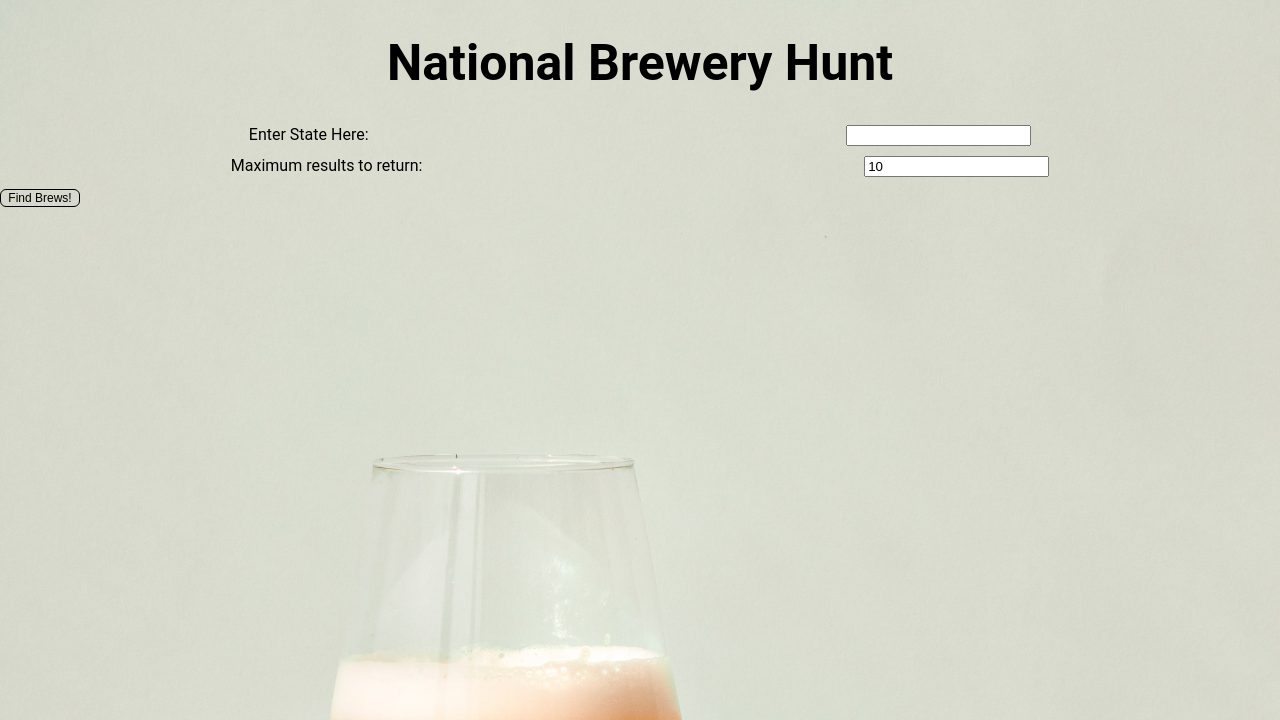
Repository: kaitlynMidori/searchBrews
Page: index.html
The author's editor kept a copy of each file at every save. The page is drawn from the files as they stood at one save, then again after the next save.
The browser window is 1280 px wide. The pictures show the whole page.

Above is the page before, as saved 2021-01-08 14:07:47.

### index.html
<!DOCTYPE html>
<html lang="en">

<head>
    <meta charset="UTF-8" />
    <meta name="viewport" content="width=device-width, initial-scale=1.0" />
    <meta http-equiv="X-UA-Compatible" content="ie=edge" />
    <title>National Brewery Hunt</title>
    <link rel="stylesheet" href="style.css" />
</head>

<body>
    <div id="container">
        <h1>National Brewery Hunt</h1>

        <form id="search-form">
            <p>
                <label for="by_state">Enter State Here:</label>
                    <input type="text" name="by_state" id="by_state" required />
            </p>

            <p>
                <label for="max-results">Maximum results to return: </label>
                    <input type="number" name="max-results" id="max-results" value="10" />
            </p>

                <input type="submit" value="Find Brews!" class="submit" />
        </form>

        <p id="error-message"></p>
        <section id="results" class="hidden">
            <h2>Search results</h2>
            <ol id="results-list"></ol>
        </section>
    </div>
    <script src="https://code.jquery.com/jquery-3.3.1.js" integrity="sha256-2Kok7MbOyxpgUVvAk/HJ2jigOSYS2auK4Pfzbm7uH60=" crossorigin="anonymous"></script>
    <script src="app.js"></script>
</body>

</html>
<!-- This app doesn't follow a11y best practices, and the JS file is incomplete. Complete the getBreweries, displayResults, and watchSubmit functions. When you're done, this app should allow a user to search for a state, and display a list of breweries in that state. The list should include the brewery's name and a link to their website. You should make requests to this API: https://www.openbrewerydb.org/ . Make any necessary adjustments to make this app accessible. -->

### style.css

body {
    font-family: "Roboto", sans-serif;
    color: black;
    margin: 0;
    background: cover;
    background-image: url("screenshots/beer.jpg");
    background-repeat: repeat;
    background-size: cover;
    background-color: black;
}

.results-amount {
    border: 1px solid black;
    font-size: 12px;
    text-align: center;
}

.submit {
    border: 1px solid black;
}

.hidden {
    display: none;
}

h1  {
    text-align: center;
    font-size: 50px;
}

legend {
    text-align: center;
}

p {
    margin: 10px;
    display: flex;
    width: auto;
    justify-content: left;
}

label {
    justify-content: center;
    margin-left: auto;
    margin-right: auto;
}

input {
    justify-content: center;
    margin-left: auto;
    margin-right: auto;
}

.results-amount {
    margin: auto;
    width: 50px;
    height: 25px;
    padding: 0px;
    text-align: center;
    margin-bottom: 10px;
    margin-top: 10px;
    border-radius: 6px;
}

.submit {
    background-color: transparent;
    width: 80px;
    height: 18px;
    margin: auto;
    border-radius: 6px;
    padding: 1px;
    font-size: 12px;
}



.submit:hover {
    cursor: pointer;
}

.results-amount:hover {
    cursor: text;
}


/*Results Styling*/

.results-display-container {
    margin: auto;
}

.single-result {
    border: 1px solid rgb(177, 175, 175);
    margin: auto;
    border-radius: 8px;
    box-shadow: -1px 2px rgb(209, 209, 209);
    padding: 15px;
    width: 1000px;
    margin-bottom: 15px;
}

### app.js
"use strict";

const searchURL = ("https://api.openbrewerydb.org/breweries");

 //format query params
function formatQueryParams(params) {
    //return object array with params
   const queryItems = Object.keys(params)
   //produce object map param string key
     .map(key => `${key}=${params[key]}`)
     //return array as string
   return queryItems.join('&');
 }

function displayResults(responseJson, maxResults) {

    // if there are previous results, remove them
    console.log(responseJson);
    $("#results-list").empty();

    // iterate through the data array
    // list brewery name, city, url
    for (let i = 0; i < responseJson.length; i++) {
    $("#results-list").append(`<li class="each-product-result">

    <h3 class="product-name">${responseJson[i].name}</h3>
    <p class="product-price">${responseJson[i].city}</p>
    <p>Brewery page: <a href=${responseJson[i].website_url}>${responseJson[i].website_url}</a></p><br>
    <br>
    </li>`
      )
  };
    //display the results section
    $("#results").removeClass("hidden");
}

//getBreweries function
function getBreweries(query, maxResults) {
    //set API paramaters
    const params = {
        by_state: query,
        per_page: maxResults,
    };
    //declare queryString as formatQueryParams
    const queryString = formatQueryParams(params);
    //declare url to bind user input string to searchUrl
    const url = searchURL + "?" + queryString;
    console.log(url);
    //initiate fetch request using pure promise to get JSON object
    fetch(url)
    //check for resolved promise
        .then((response) => {
            // if response = true
            if (response.ok) {
                //return response object
                return response.json();
            }
            //raise exception to reject promise error and trigger .catch
            throw new Error(response.statusText);
        })
        .then((responseJson) => displayResults(responseJson, maxResults))
        //Catch any errors and return message
        .catch((err) => {
            $("#error-message").text(`Something went wrong: ${err.message}`);
        });
}

function watchForm() {
    // Bind an event handler to the “submit” JavaScript event
    $("form").submit((event) => {
        // If this method is called, the default action of the event will not be triggered.
        event.preventDefault();
        let by_state = $("#by_state").val();
	// by_state = by_state.replace(/\s/g, '');
        const maxResults = $("#max-results").val();
        getBreweries(by_state, maxResults);
    });
}

//call jQuery to pass in callback function when page loads
$(watchForm);

After the next save:
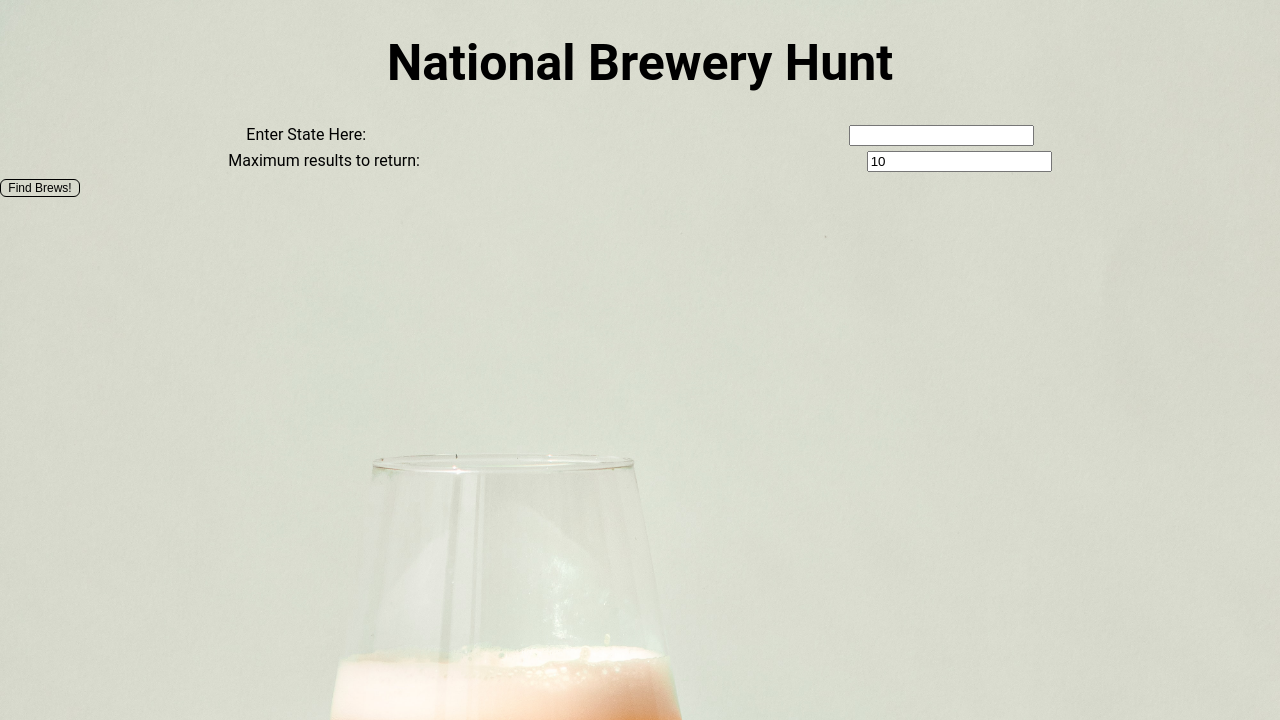
Saved 38 s later.
--- a/style.css
+++ b/style.css
@@ -29,12 +29,25 @@ h1  {
     font-size: 50px;
 }
 
+/* .search-form {
+    text-align: center;
+    display: flex;
+    flex-direction: column;
+    width: auto;
+    border: 1px solid black;
+    padding: 30px;
+    margin-left: 100px;
+    margin-right: 100px;
+    margin-bottom: 50px;
+    border-radius: 8px;
+} */
+
 legend {
     text-align: center;
 }
 
 p {
-    margin: 10px;
+    margin: 5px;
     display: flex;
     width: auto;
     justify-content: left;
